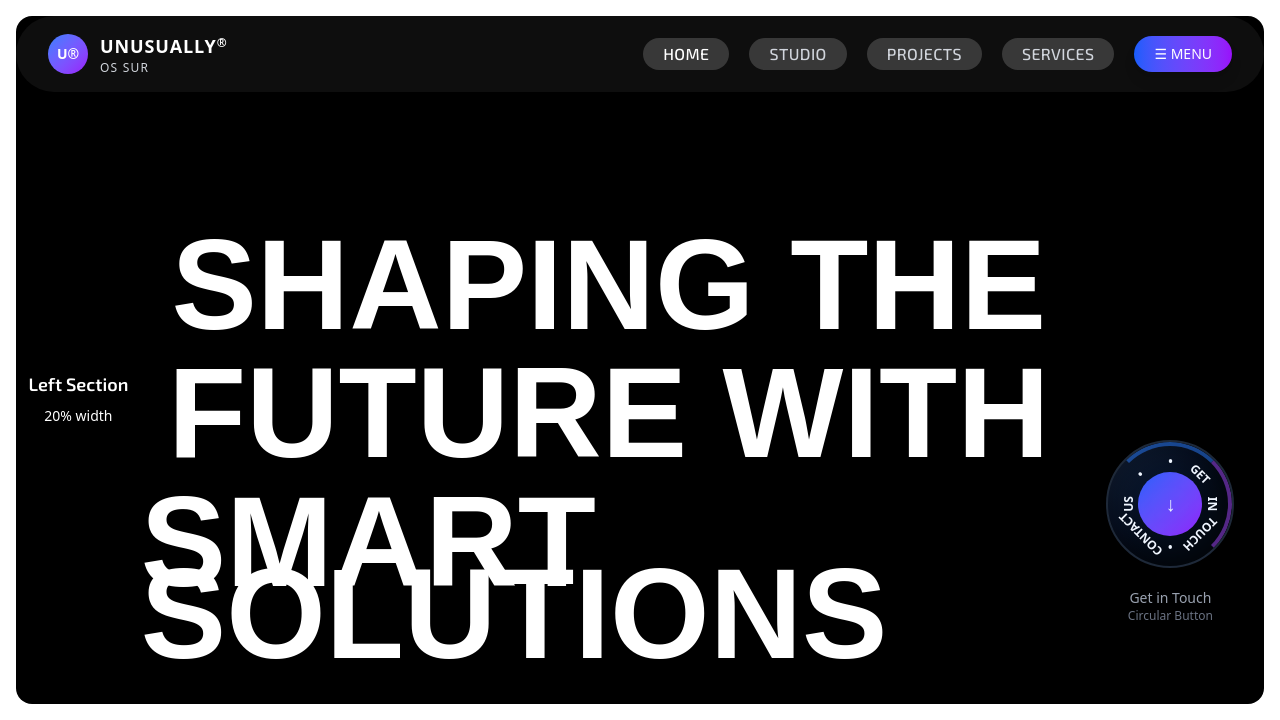
Repository: A-y-u-s-h-29/Digital-Express-India-With-Carrer-Page-And-RazorPay
Page: / (app in op/)
An editor plug-in stored every save of this project. The page is shown before and after a run of saves, followed by the edit.
The browser window is 1280 px wide. The pictures show the whole page.
Some web fonts or font styles are not loaded; a fallback is used. The project was rebuilt for these pictures with package versions that can differ from the ones it lists, and the page was loaded fresh each time. Also part of the build but not shown: op/vite.config.js.

Above is the page before, as saved 2025-12-04 14:56:31.

### op/index.html
<!doctype html>
<html lang="en">
  <head>
    <meta charset="UTF-8" />
    <link rel="icon" type="image/svg+xml" href="/vite.svg" />
    <meta name="viewport" content="width=device-width, initial-scale=1.0" />
    <link rel="preconnect" href="https://fonts.googleapis.com">
<link rel="preconnect" href="https://fonts.gstatic.com" crossorigin>
<link href="https://fonts.googleapis.com/css2?family=Alan+Sans:wght@300..900&family=Big+Shoulders:opsz,wght@10..72,100..900&family=Exo+2:ital,wght@0,100..900;1,100..900&family=Montserrat:ital,wght@0,100..900;1,100..900&family=Orbitron:wght@400..900&family=Poppins:ital,wght@0,100;0,200;0,300;0,400;0,500;0,600;0,700;0,800;0,900;1,100;1,200;1,300;1,400;1,500;1,600;1,700;1,800;1,900&family=Rajdhani:wght@300;400;500;600;700&display=swap" rel="stylesheet">
<link rel="preconnect" href="https://fonts.googleapis.com">
<link rel="preconnect" href="https://fonts.gstatic.com" crossorigin>
<link href="https://fonts.googleapis.com/css2?family=Alan+Sans:wght@300..900&family=Big+Shoulders:opsz,wght@10..72,100..900&family=Exo+2:ital,wght@0,100..900;1,100..900&family=Montserrat:ital,wght@0,100..900;1,100..900&family=Orbitron:wght@400..900&family=Poppins:ital,wght@0,100;0,200;0,300;0,400;0,500;0,600;0,700;0,800;0,900;1,100;1,200;1,300;1,400;1,500;1,600;1,700;1,800;1,900&family=Rajdhani:wght@300;400;500;600;700&display=swap" rel="stylesheet">
    <title>op</title>
  </head>
  <body>
    <div id="root"></div>
    <script type="module" src="/src/main.jsx"></script>
  </body>
</html>

### op/src/index.css
@import "tailwindcss";
*{
  box-sizing: border-box;
}
.big {
  font-family: "Big Shoulders", sans-serif;

  font-style: normal;
}
.exo {
  font-family: "Exo 2", sans-serif;

  font-style: normal;
}

### op/src/App.jsx
import React from 'react'
import Home from './components/Home'

function App() {
  return (
   <>
   <Home/>


   </>
  )
}

export default App

### op/src/components/Home.jsx
import React from "react";
import Navbar from "./Navbar";

function Home() {


  return (
    <div className="w-full max-h-screen lg:h-[120vh]  lg:py-4 lg:px-4 ">
      <div
        className="rounded-b-4xl lg:rounded-2xl w-full h-full  flex flex-col relative overflow-hidden bg-black"

      >


        {/* Transparent Navbar */}
        <div className="relative z-20">
          <Navbar />
        </div>

        {/* Three Column Layout */}
        <div className="flex flex-1 relative z-10 text-white ">
          {/* Left Column - 20% width */}
          <div className="w-[10%] flex items-center justify-center">
            <div className="text-white text-center">
              <p className="exo font-semibold text-lg">Left Section</p>
              <p className="text-sm mt-2">20% width</p>
            </div>
          </div>

          {/* Middle Column - 60% width */}
         <div className="w-[75%] flex flex-col justify-center items-center big">
  <div className=" w-full h-full flex flex-col">

    {/* Top Row - 40% height */}
    <div className="h-[40%] flex items-end justify-center pb-4 ">
      <h1 className="text-5xl md:text-9xl leading-tight md:leading-[4.5rem]  font-bold text-white drop-shadow-2xl">
       SHAPING THE
      </h1>
    </div>

    {/* Middle Row - 30% height */}
    <div className="h-[25%] flex items-center justify-center ">
       <h1 className="text-5xl md:text-9xl leading-tight lg:leading-[4.5rem]  font-bold text-white drop-shadow-2xl">
    FUTURE WITH
      </h1>
    </div>

    {/* Bottom Row - 30% height */}
    <div className="h-[35%] flex items-start justify-center pt-4">
      <h1 className="text-5xl md:text-9xl leading-tight lg:leading-[4.5rem]  font-bold text-white drop-shadow-2xl">
      SMART SOLUTIONS
      </h1>
    </div>

  </div>
</div>
          {/* Right Column - 20% width */}
          <div className="w-[15%] flex flex-col items-center justify-center">
  {/* Circular Text Animation Button */}
  <div className="mt-auto mb-20">
    <button className="group relative w-32 h-32 rounded-full bg-gradient-to-br from-gray-900 to-black border-2 border-gray-800 hover:border-blue-500/30 transition-all duration-500 hover:scale-110 overflow-hidden">
      {/* Animated Ring */}
      <div className="absolute inset-0 rounded-full border-4 border-transparent border-t-blue-500 border-r-purple-500 animate-spin-slow opacity-50"></div>

      {/* Circular Text Container */}
      <div className="absolute inset-0 flex items-center justify-center">
        <div className="relative w-28 h-28 rounded-full overflow-hidden">
          {/* Rotating Text */}
          <div className="absolute inset-0 animate-spin-slow">
            <div className="flex flex-col items-center justify-center h-full">
              <span className="text-white text-xs font-bold absolute" style={{transform: 'rotate(0deg) translateY(-42px)'}}>•</span>
              <span className="text-white text-xs font-bold absolute" style={{transform: 'rotate(45deg) translateY(-42px)'}}>GET</span>
              <span className="text-white text-xs font-bold absolute" style={{transform: 'rotate(90deg) translateY(-42px)'}}>IN</span>
              <span className="text-white text-xs font-bold absolute" style={{transform: 'rotate(135deg) translateY(-42px)'}}>TOUCH</span>
              <span className="text-white text-xs font-bold absolute" style={{transform: 'rotate(180deg) translateY(-42px)'}}>•</span>
              <span className="text-white text-xs font-bold absolute" style={{transform: 'rotate(225deg) translateY(-42px)'}}>CONTACT</span>
              <span className="text-white text-xs font-bold absolute" style={{transform: 'rotate(270deg) translateY(-42px)'}}>US</span>
              <span className="text-white text-xs font-bold absolute" style={{transform: 'rotate(315deg) translateY(-42px)'}}>•</span>
            </div>
          </div>
        </div>
      </div>

      {/* Center Icon */}
      <div className="absolute inset-0 flex items-center justify-center">
        <div className="w-16 h-16 rounded-full bg-gradient-to-br from-blue-600 to-purple-600 flex items-center justify-center group-hover:from-blue-700 group-hover:to-purple-700 transition-all duration-500 group-hover:scale-110">
          <span className="text-white text-xl font-bold transform group-hover:rotate-45 transition-transform duration-500">
            ↓
          </span>
        </div>
      </div>

      {/* Glow Effect */}
      <div className="absolute inset-0 rounded-full bg-blue-500/10 blur-xl group-hover:bg-blue-500/20 transition-all duration-500"></div>
    </button>

    {/* Label */}
    <div className="text-center mt-4">
      <p className="text-gray-400 text-sm font-medium">Get in Touch</p>
      <p className="text-gray-500 text-xs">Circular Button</p>
    </div>
  </div>
</div>
        </div>


      </div>
    </div>
  );
}

export default Home;

### op/src/components/Navbar.jsx
import React, { useState, useRef, useEffect } from 'react';
import { gsap } from 'gsap';

function Navbar({ isHomePage = false }) {
  const [isMenuOpen, setIsMenuOpen] = useState(false);
  const menuOverlayRef = useRef(null);
  const mobileMenuRef = useRef(null);

  // Menu items data for the menu overlay
  const menuOverlayItems = [
    { title: 'HOME', number: '01' },
    { title: 'ABOUT', number: '02' },
    { title: 'PROJECTS', number: '03' },
    { title: 'SERVICES', number: '04' },

  ];

  // Menu items for navbar links
  const navMenuItems = [
    { title: 'HOME', color: 'from-blue-500 to-cyan-400' },
    { title: 'STUDIO', color: 'from-purple-500 to-pink-500' },
    { title: 'PROJECTS', color: 'from-green-500 to-emerald-400' },
    { title: 'SERVICES', color: 'from-yellow-500 to-orange-500' },
    { title: 'ABOUT', color: 'from-red-500 to-rose-400' },
    { title: 'CONTACT', color: 'from-indigo-500 to-blue-400' },
  ];

  // Initialize menu as hidden
  useEffect(() => {
    if (menuOverlayRef.current) {
      menuOverlayRef.current.style.display = 'none';
    }
  }, []);

  const handleMenuClick = () => {
    const wasOpen = isMenuOpen;
    setIsMenuOpen(!wasOpen);

    if (!wasOpen) {
      // OPEN MENU ANIMATION - bottom-right से slide in
      if (menuOverlayRef.current) {
        menuOverlayRef.current.style.display = 'flex';

        // Get the menu container
        const menuContainer = menuOverlayRef.current.querySelector('.relative');

        if (menuContainer) {
          // Initial position - off screen bottom-right
          gsap.set(menuContainer, {
            x: '100%',
            y: '100%',
            opacity: 0,
            scale: 0.9,
            transformOrigin: 'bottom right'
          });

          // Animate to position
          gsap.to(menuContainer, {
            x: 0,
            y: 0,
            opacity: 1,
            scale: 1,
            duration: 0.8,
            ease: 'expo.out'
          });

          // Background fade in
          gsap.fromTo(menuOverlayRef.current,
            { opacity: 0 },
            { opacity: 1, duration: 0.4 }
          );

          // Menu items animation (from bottom)
          const menuItems = menuContainer.querySelectorAll('.menu-item');
          gsap.fromTo(menuItems,
            {
              opacity: 0,
              y: 40
            },
            {
              opacity: 1,
              y: 0,
              duration: 0.6,
              stagger: 0.1,
              delay: 0.3,
              ease: 'power3.out'
            }
          );

          // Close button animation
          const closeBtn = menuContainer.querySelector('.close-btn');
          if (closeBtn) {
            gsap.fromTo(closeBtn,
              { opacity: 0, rotation: -45 },
              { opacity: 1, rotation: 0, duration: 0.5, delay: 0.8 }
            );
          }
        }
      }

      // Mobile menu animation
      if (mobileMenuRef.current) {
        gsap.fromTo(
          mobileMenuRef.current,
          { height: 0, opacity: 0 },
          { height: 'auto', opacity: 1, duration: 0.4 }
        );
      }
    } else {
      // CLOSE MENU ANIMATION - bottom-right को slide out
      if (menuOverlayRef.current) {
        const menuContainer = menuOverlayRef.current.querySelector('.relative');

        if (menuContainer) {
          // Menu items exit
          const menuItems = menuContainer.querySelectorAll('.menu-item');
          gsap.to(menuItems,
            {
              opacity: 0,
              y: 20,
              duration: 0.3,
              stagger: 0.05,
              ease: 'power2.in'
            }
          );

          // Close button exit
          const closeBtn = menuContainer.querySelector('.close-btn');
          if (closeBtn) {
            gsap.to(closeBtn, {
              opacity: 0,
              rotation: 45,
              duration: 0.3
            });
          }

          // Menu container slide out to bottom-right
          gsap.to(menuContainer, {
            x: '100%',
            y: '100%',
            opacity: 0,
            scale: 0.9,
            duration: 0.6,
            ease: 'expo.in',
            onComplete: () => {
              if (menuOverlayRef.current) {
                menuOverlayRef.current.style.display = 'none';
              }
            }
          });

          // Background fade out
          gsap.to(menuOverlayRef.current, {
            opacity: 0,
            duration: 0.4
          });
        }
      }

      // Mobile menu exit animation
      if (mobileMenuRef.current) {
        gsap.to(mobileMenuRef.current, {
          height: 0,
          opacity: 0,
          duration: 0.3
        });
      }
    }
  };

  return (
    <>
      {/* Main Navbar */}
      <nav
        className={`w-full px-6 py-4 lg:px-8 lg:py-4 ${isHomePage ? 'bg-transparent' : 'bg-[#0E0E0E]'} rounded-full relative z-50`}
      >
        <div className="flex items-center justify-between">
          {/* Logo/Brand Section */}
          <div className="flex items-center">
            <div className="w-10 h-10 rounded-full bg-gradient-to-br from-blue-500 to-purple-600 flex items-center justify-center mr-3">
              <span className="text-white font-bold text-sm">U®</span>
            </div>
            <div className="flex flex-col">
              <span className="text-white font-bold text-lg tracking-wider">UNUSUALLY<sup className="text-xs">®</sup></span>
              <span className="text-gray-300 text-xs tracking-widest">OS SUR</span>
            </div>
          </div>

          <div className='flex items-center gap-5'>
            {/* Desktop Navigation Links */}
            <div className="hidden md:flex items-center space-x-5 exo text-md">
              {navMenuItems.slice(0, 4).map((item, index) => (
                <a
                  key={index}
                  href="#"
                  className={`text-gray-300 font-medium tracking-wide hover:text-white transition-colors duration-300 bg-[#383838] px-5 py-1 rounded-full ${item.title === 'HOME' ? 'text-white' : ''}`}
                >
                  {item.title}
                </a>
              ))}
            </div>

            {/* Menu Button */}
            <button
              onClick={handleMenuClick}
              className="px-5 py-2 bg-gradient-to-r from-blue-600 to-purple-600 text-white text-sm font-medium rounded-full hover:from-blue-700 hover:to-purple-700 transition-all duration-300 shadow-lg hover:shadow-xl relative z-50"
            >
              {isMenuOpen ? '✕ CLOSE' : '☰ MENU'}
            </button>

            {/* Mobile Menu Button (Hamburger) */}
            <button
              onClick={handleMenuClick}
              className="ml-4 md:hidden relative z-50"
            >
              <div className={`w-6 h-0.5 bg-white mb-1.5 transition-all duration-300 ${isMenuOpen ? 'rotate-45 translate-y-2' : ''}`}></div>
              <div className={`w-6 h-0.5 bg-white mb-1.5 transition-all duration-300 ${isMenuOpen ? 'opacity-0' : ''}`}></div>
              <div className={`w-6 h-0.5 bg-white transition-all duration-300 ${isMenuOpen ? '-rotate-45 -translate-y-2' : ''}`}></div>
            </button>
          </div>
        </div>

        {/* Mobile Menu Dropdown */}
        <div
          ref={mobileMenuRef}
          className="md:hidden mt-4 pt-4 border-t border-gray-800 overflow-hidden"
          style={{ height: '0px' }}
        >
          <div className="flex flex-col space-y-4">
            {navMenuItems.map((item, index) => (
              <a
                key={index}
                href="#"
                className={`text-gray-300 font-medium py-2 hover:text-white transition-colors ${item.title === 'HOME' ? 'text-white' : ''}`}
              >
                {item.title}
              </a>
            ))}
          </div>
        </div>
      </nav>

      {/* Fullscreen Menu Overlay */}
      <div
        ref={menuOverlayRef}
        className="fixed inset-0  z-40 hidden items-end justify-end px-4 rounded-2xl "
      >
        {/* Menu Container - Image के according simple design */}
        <div
          className="relative h-[70vh] w-[45vw] bg-white  rounded-4xl overflow-hidden shadow-2xl transform-gpu "
          style={{
            transformOrigin: 'bottom right'
          }}
        >
          {/* Simple Header with Brand */}
          <div className="absolute top-8 left-8">
            <div className="flex items-center space-x-3">

              <div>

              </div>
            </div>
          </div>



          {/* Main Content Area - Center aligned like image */}
          <div className="h-full flex flex-col justify-center items-center px-12 ">
            {/* Menu Items - Single Column, Large text like image */}
            <div className="w-full  space-y-2">
              {menuOverlayItems.map((item, index) => (
                <a
                  key={index}
                  href="#"
                  className="menu-item group relative block w-full"
                >
                  <div className="flex items-center justify-between">
                    {/* Title - Left side */}
                    <div className="relative overflow-hidden p-0.5">
                      <h3 className="text-black font-extrabold text-5xl lg:text-7xl  exo tracking-tight opacity-90 group-hover:opacity-100 transition-all duration-500">
                        {item.title}
                      </h3>
                      {/* Underline animation */}

                    </div>

                    {/* Number in parentheses - Right side */}
                    <div className="text-gray-500 text-3xl lg:text-4xl font-light group-hover:text-white transition-colors duration-500">
                      ({item.number})
                    </div>
                  </div>
                </a>
              ))}
            </div>


          </div>


        </div>
      </div>
    </>
  );
}

export default Navbar;

Loaded but not shown: op/src/main.jsx (common file)

After the next 2 saves:
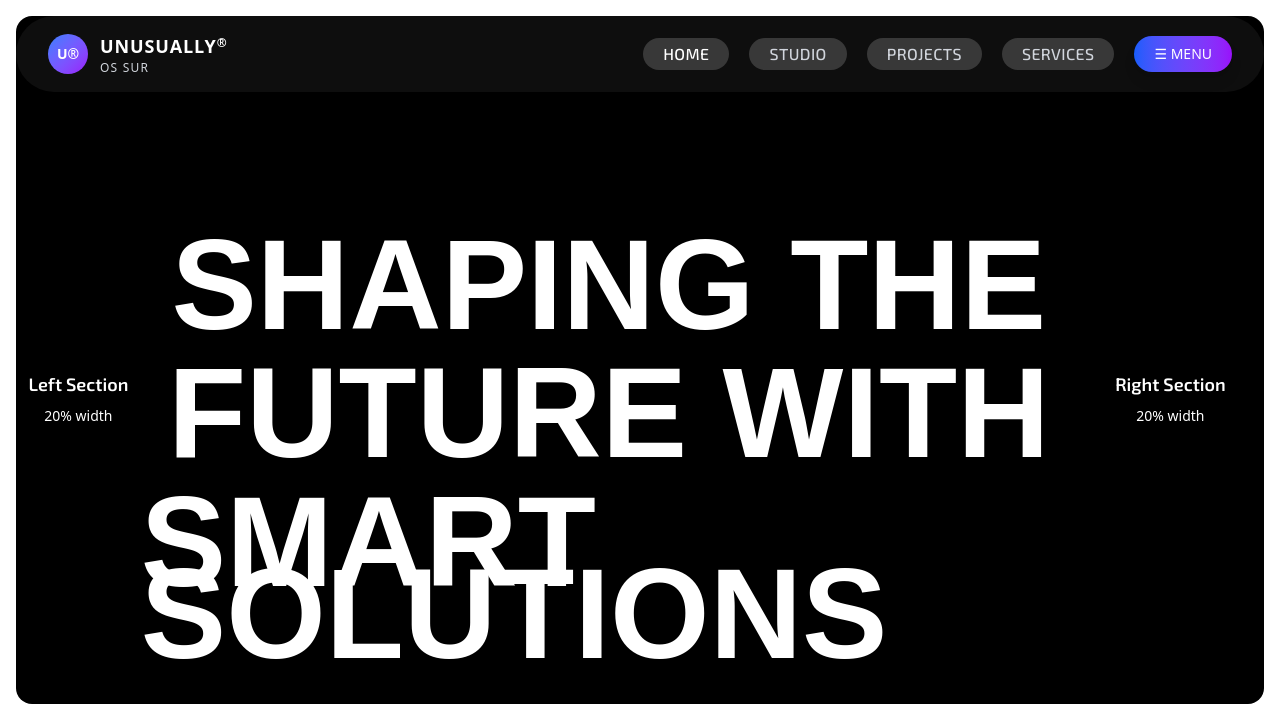
The 2 saves are shown as one change because they came seconds apart.
The last was saved 9 s later.
--- a/op/src/components/Home.jsx
+++ b/op/src/components/Home.jsx
@@ -47,7 +47,7 @@ function Home() {
 
     {/* Bottom Row - 30% height */}
     <div className="h-[35%] flex items-start justify-center pt-4">
-      <h1 className="text-5xl md:text-9xl leading-tight lg:leading-[4.5rem]  font-bold text-white drop-shadow-2xl">
+      <h1 className="text-5xl md:text-9xl leading-tight lg:leading-[4.5rem]  font-bold text- drop-shadow-2xl">
       SMART SOLUTIONS
       </h1>
     </div>
@@ -55,52 +55,12 @@ function Home() {
   </div>
 </div>
           {/* Right Column - 20% width */}
-          <div className="w-[15%] flex flex-col items-center justify-center">
-  {/* Circular Text Animation Button */}
-  <div className="mt-auto mb-20">
-    <button className="group relative w-32 h-32 rounded-full bg-gradient-to-br from-gray-900 to-black border-2 border-gray-800 hover:border-blue-500/30 transition-all duration-500 hover:scale-110 overflow-hidden">
-      {/* Animated Ring */}
-      <div className="absolute inset-0 rounded-full border-4 border-transparent border-t-blue-500 border-r-purple-500 animate-spin-slow opacity-50"></div>
-
-      {/* Circular Text Container */}
-      <div className="absolute inset-0 flex items-center justify-center">
-        <div className="relative w-28 h-28 rounded-full overflow-hidden">
-          {/* Rotating Text */}
-          <div className="absolute inset-0 animate-spin-slow">
-            <div className="flex flex-col items-center justify-center h-full">
-              <span className="text-white text-xs font-bold absolute" style={{transform: 'rotate(0deg) translateY(-42px)'}}>•</span>
-              <span className="text-white text-xs font-bold absolute" style={{transform: 'rotate(45deg) translateY(-42px)'}}>GET</span>
-              <span className="text-white text-xs font-bold absolute" style={{transform: 'rotate(90deg) translateY(-42px)'}}>IN</span>
-              <span className="text-white text-xs font-bold absolute" style={{transform: 'rotate(135deg) translateY(-42px)'}}>TOUCH</span>
-              <span className="text-white text-xs font-bold absolute" style={{transform: 'rotate(180deg) translateY(-42px)'}}>•</span>
-              <span className="text-white text-xs font-bold absolute" style={{transform: 'rotate(225deg) translateY(-42px)'}}>CONTACT</span>
-              <span className="text-white text-xs font-bold absolute" style={{transform: 'rotate(270deg) translateY(-42px)'}}>US</span>
-              <span className="text-white text-xs font-bold absolute" style={{transform: 'rotate(315deg) translateY(-42px)'}}>•</span>
+          <div className="w-[15%] flex items-center justify-center ">
+            <div className="text-white text-center">
+              <p className="exo font-semibold text-lg">Right Section</p>
+              <p className="text-sm mt-2">20% width</p>
             </div>
           </div>
-        </div>
-      </div>
-
-      {/* Center Icon */}
-      <div className="absolute inset-0 flex items-center justify-center">
-        <div className="w-16 h-16 rounded-full bg-gradient-to-br from-blue-600 to-purple-600 flex items-center justify-center group-hover:from-blue-700 group-hover:to-purple-700 transition-all duration-500 group-hover:scale-110">
-          <span className="text-white text-xl font-bold transform group-hover:rotate-45 transition-transform duration-500">
-            ↓
-          </span>
-        </div>
-      </div>
-
-      {/* Glow Effect */}
-      <div className="absolute inset-0 rounded-full bg-blue-500/10 blur-xl group-hover:bg-blue-500/20 transition-all duration-500"></div>
-    </button>
-
-    {/* Label */}
-    <div className="text-center mt-4">
-      <p className="text-gray-400 text-sm font-medium">Get in Touch</p>
-      <p className="text-gray-500 text-xs">Circular Button</p>
-    </div>
-  </div>
-</div>
         </div>
 
 
